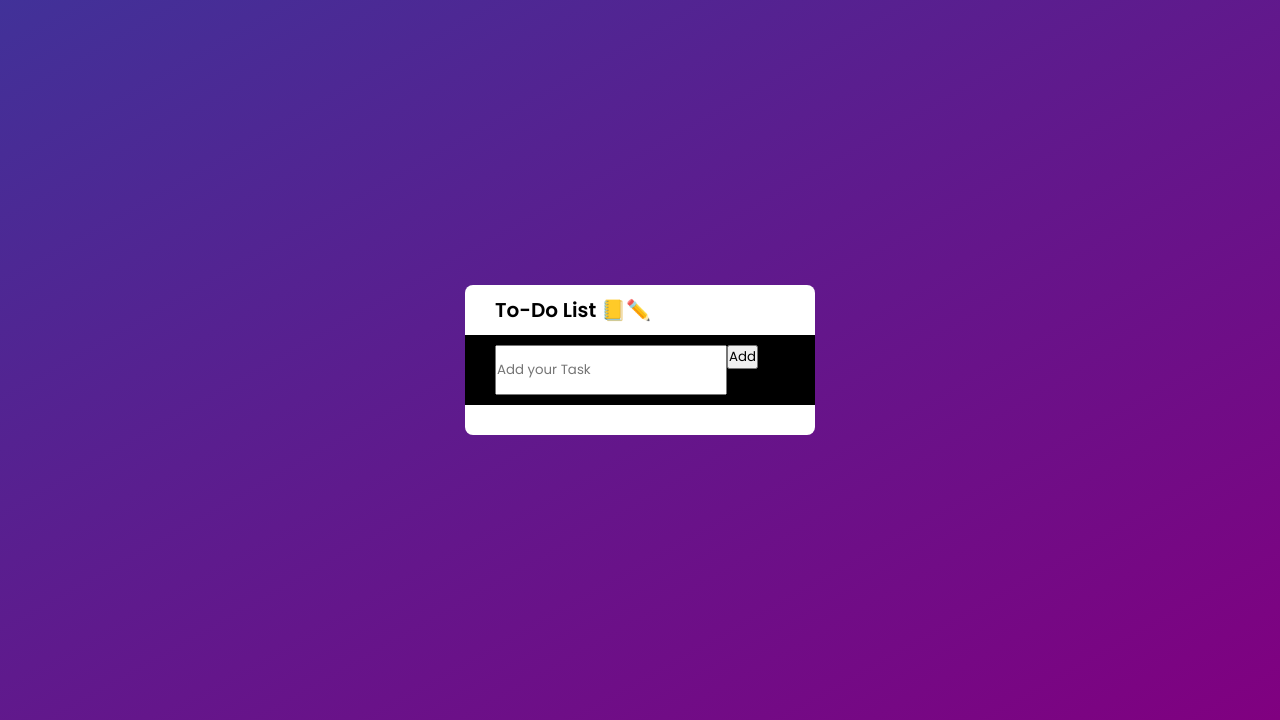
Repository: Ankitkr2021/To-Do-List
Page: index.html
These files come from the project's save history. The page is drawn as it stood at one moment and after the next save; the edit follows.
The browser window is 1280 px wide. The pictures show the whole page.

Above is the page before, as saved 2025-10-03 10:07:50.

### index.html
<!DOCTYPE html>
<html lang="en">
<head>
    <meta charset="UTF-8">
    <meta name="viewport" content="width=device-width, initial-scale=1.0">
    <title>To-Do-List</title>
    <link rel="stylesheet" href="./style.css">
</head>
<body>
    <div class="box">
        <h1>To-Do List 📒✏️</h1>
        <div class="task">
        <input id="add" type="text" placeholder="Add your Task">
        <button type="submit">Add</button>
        </div>
    </div>
</body>
</html>

### style.css
@import url("https://fonts.googleapis.com/css2?family=Poppins:wght@300;400;500;600;700&display=swap");

*{
    margin: 0;
    padding: 0;
    box-sizing: border-box;
    font-family: 'Poppins',sans-serif;
}

body{
    display: flex;
    justify-content: center;
    align-items: center;
    height: 100vh;
    background: linear-gradient(to bottom right, rgba(40, 22, 139, 0.884), purple);
}

.box {
    background: #fff;
    height: 150px;
    max-height: 300px;
    width: 350px;
    border-radius: 8px;
}

.box h1 {
    padding: 10px 30px;
    font-size: 20px;
    font-weight: 600;
}

.task {
    background: #000;
    padding: 10px 30px;
    position: relative;
}

.task input {
    width: 80%;
    height: 50px;
}

.task button {
    content: "";
    position: absolute;
}

After the next save:
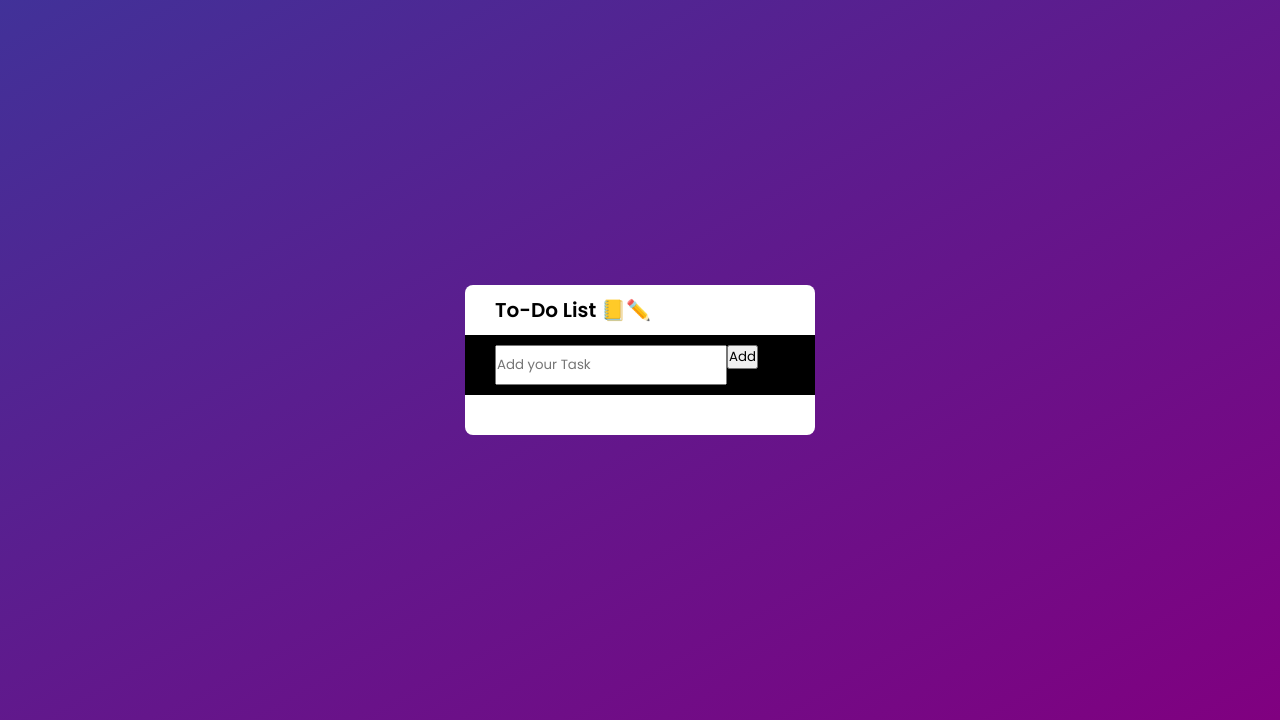
Saved 7 s later.
--- a/style.css
+++ b/style.css
@@ -37,7 +37,7 @@ body{
 
 .task input {
     width: 80%;
-    height: 50px;
+    height: 40px;
 }
 
 .task button {
